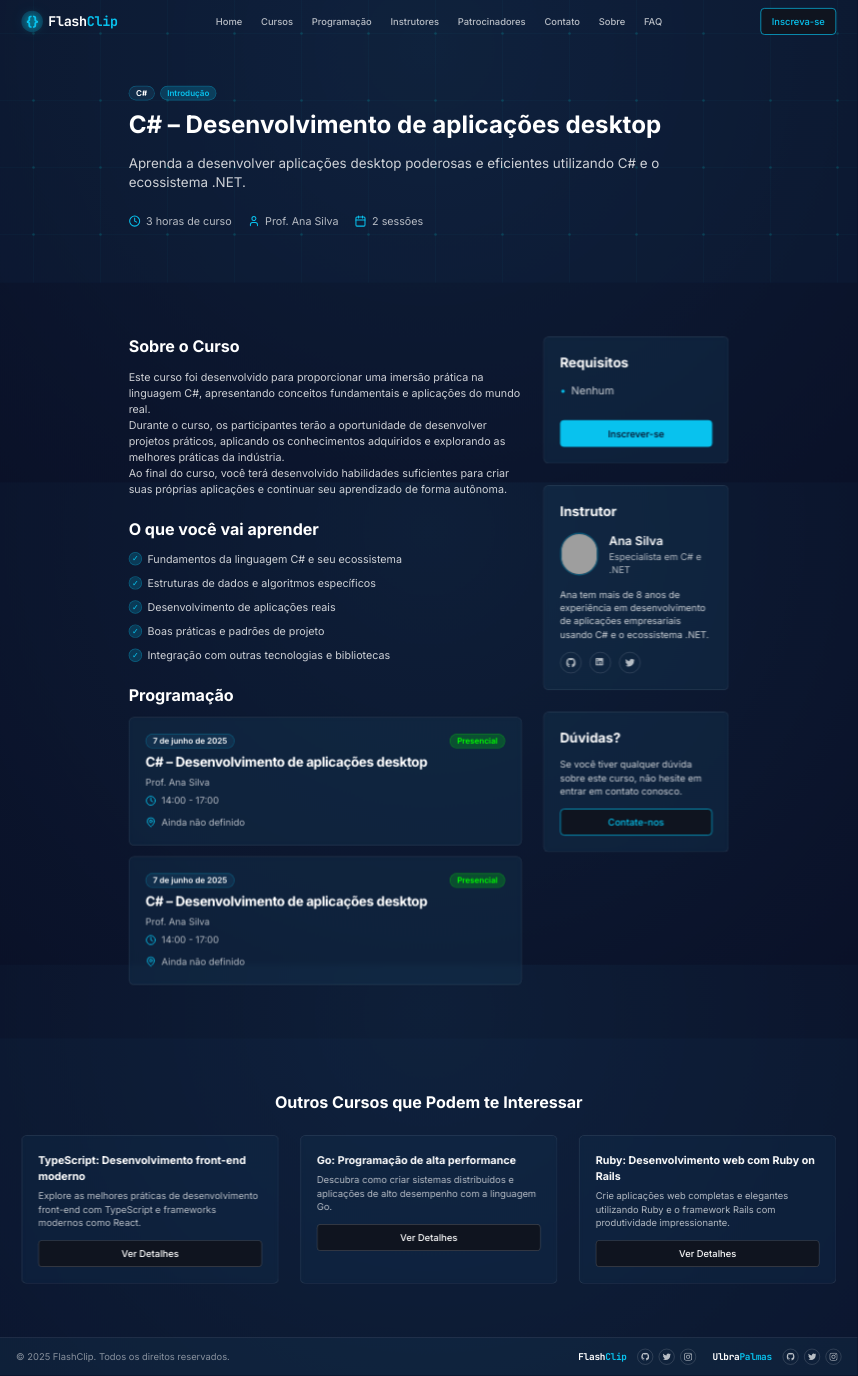
Repository: Geisbelly/flashclip-code-connect
Page: /cursos/csharp
An editor plug-in stored every save of this project. The page is shown before and after the next save, followed by the edit.
The browser window is 1280 px wide. The pictures show the whole page, at 67% of full size.
Pictures or frames that could not be fetched are drawn as grey boxes. Backgrounds fixed to the window are drawn as part of the page. The project was rebuilt for these pictures with package versions that can differ from the ones it lists, and the page was loaded fresh each time. Also part of the build but not shown: vite.config.ts, src/components/ui/tooltip.tsx, src/components/common/CountdownTimer.tsx, src/components/common/SectionTitle.tsx, src/components/common/CourseCard.tsx, src/data/eventInfo.ts, src/pages/Index.tsx, src/pages/NotFound.tsx and 27 more.

Above is the page before, as saved 2025-05-04 00:40:30.

After the next save:
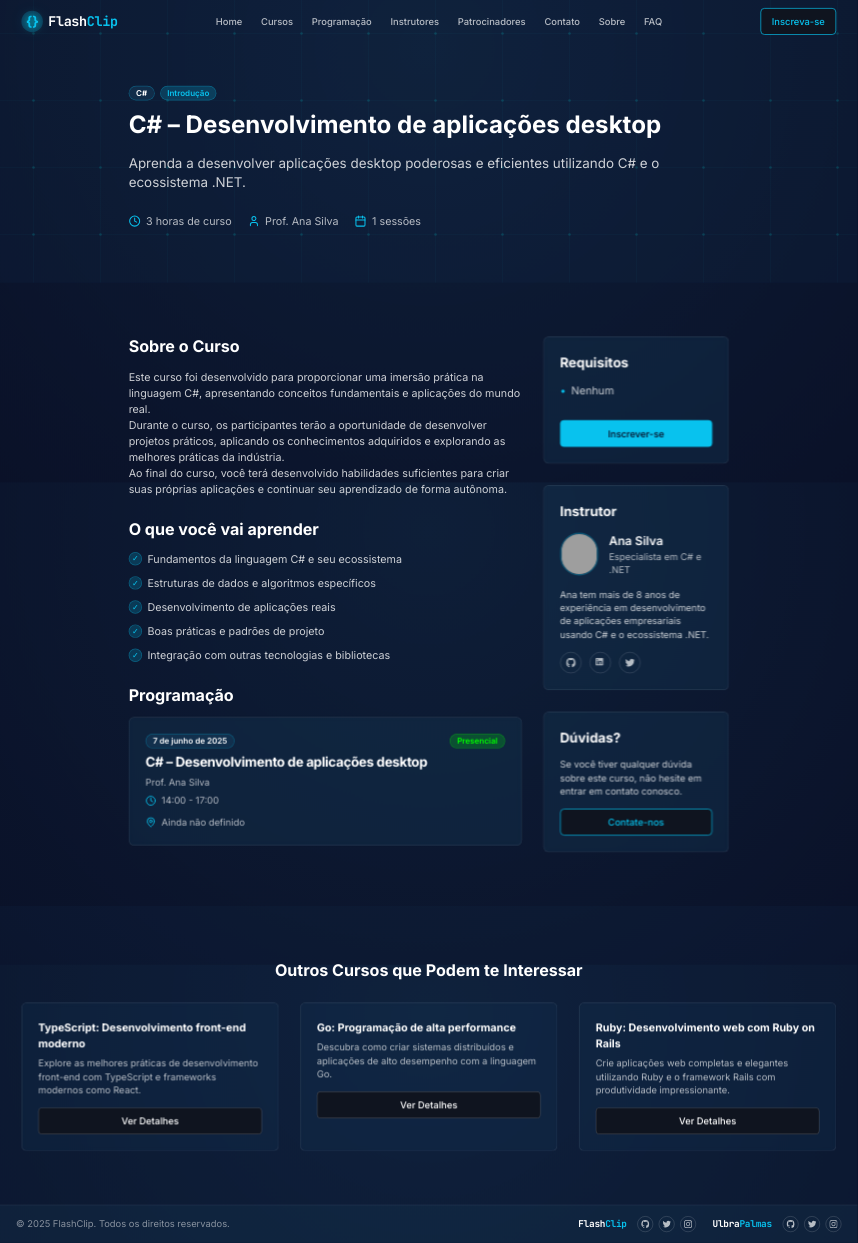
Saved 7 s later.
--- a/src/data/schedule.ts
+++ b/src/data/schedule.ts
@@ -2,17 +2,7 @@
 import { ScheduleItemProps } from "@/components/common/ScheduleItem";
 
 export const scheduleData: ScheduleItemProps[] = [
-  {
-    id: "s1",
-    title: "C# – Desenvolvimento de aplicações desktop",
-    courseId: "csharp",
-    date: "2025-06-07",
-    startTime: "14:00",
-    endTime: "17:00",
-    location: "Ainda não definido",
-    isVirtual: false,
-    instructor: "Ana Silva"
-  },
+
   {
     id: "s2",
     title: "C# – Desenvolvimento de aplicações desktop",
